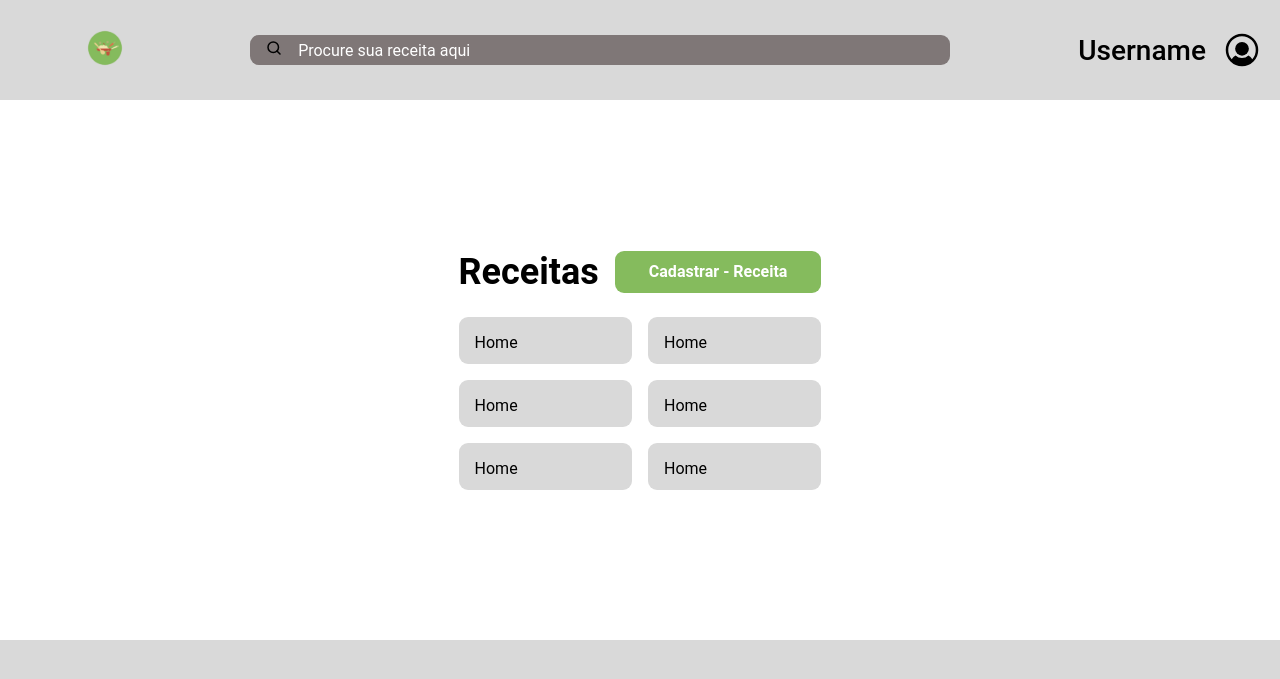
Repository: GabrielEduardoBrambilla/receitas-online
Page: /
The author's editor kept a copy of each file at every save. The page is drawn from the files as they stood at one save, then again after the next save.
The browser window is 1280 px wide. The pictures show the whole page.
The project was rebuilt for these pictures with package versions that can differ from the ones it lists, and the page was loaded fresh each time. Also part of the build but not shown: vite.config.js.

Above is the page before, as saved 2024-04-15 19:37:22.

After the next save:
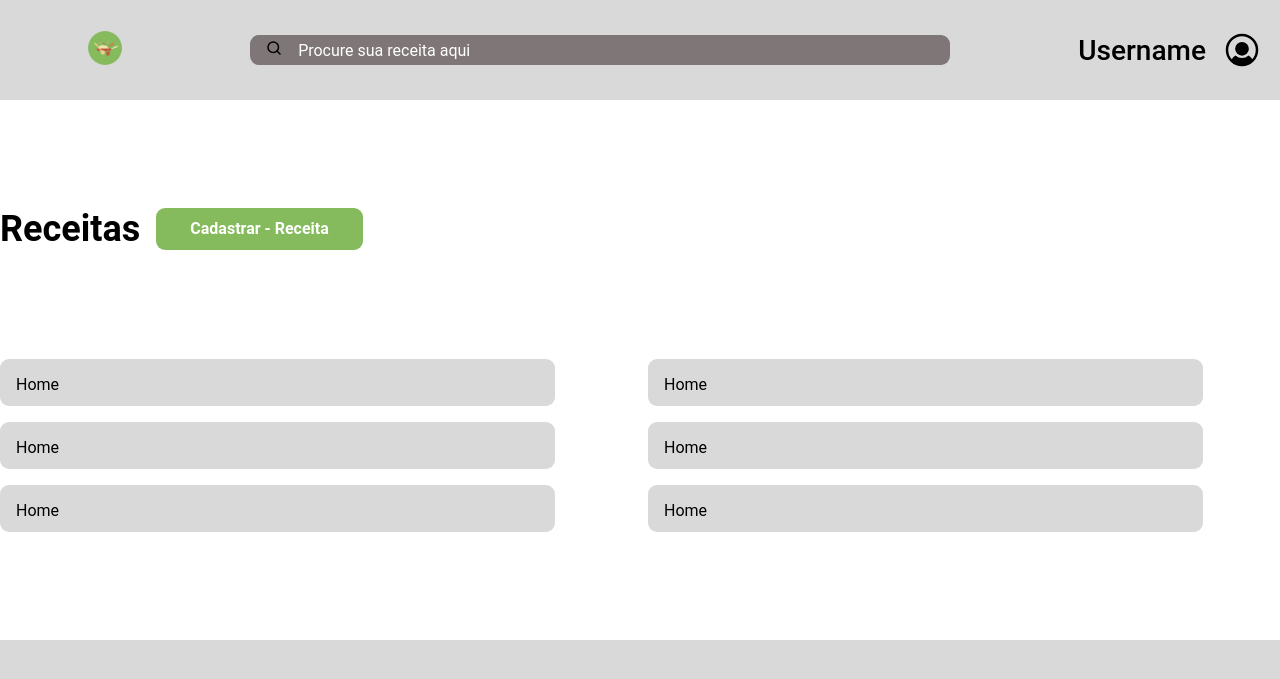
Saved 2 min 23 s later.
--- a/src/pages/Home/index.jsx
+++ b/src/pages/Home/index.jsx
@@ -8,10 +8,9 @@
 export function Home() {
   return <Container>
     <Navbar />
-    <main>
+    <Dialog.Root>
       <TitleWrapper>
         <h2>Receitas</h2>
-        <Dialog.Root>
           <Dialog.Trigger asChild>
             <button>Cadastrar - Receita</button>
           </Dialog.Trigger>
@@ -23,7 +22,6 @@
               <Dialog.Close />
             </Dialog.Content>
           </Dialog.Portal>
-        </Dialog.Root>
       </TitleWrapper>
 
       <CardWrapper>
@@ -34,7 +32,7 @@
         <RecipeCard />
         <RecipeCard />
       </CardWrapper>
-    </main>
+    </Dialog.Root>
 
     <footer></footer>
   </Container>

After the 2 saves that followed:
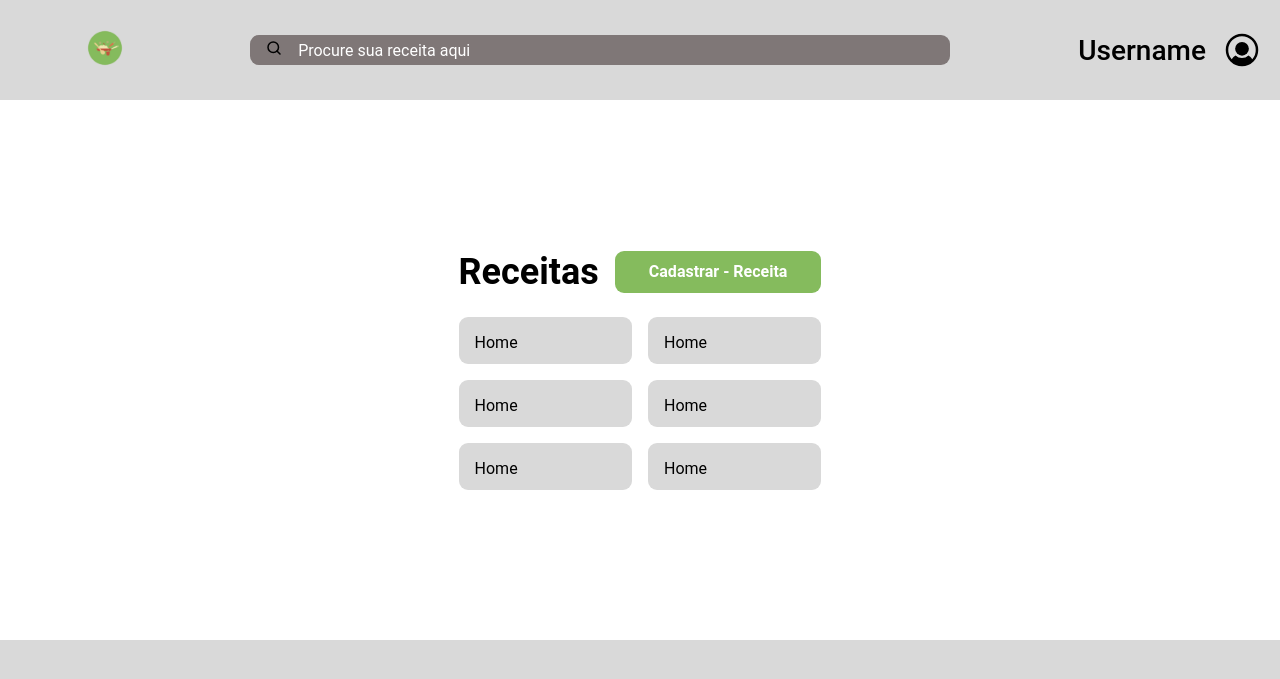
The 2 saves are shown as one change because they came seconds apart.
The last was saved 12 s later.
--- a/src/pages/Home/index.jsx
+++ b/src/pages/Home/index.jsx
@@ -8,9 +8,10 @@
 export function Home() {
   return <Container>
     <Navbar />
-    <Dialog.Root>
+    <main>
       <TitleWrapper>
         <h2>Receitas</h2>
+        <Dialog.Root>
           <Dialog.Trigger asChild>
             <button>Cadastrar - Receita</button>
           </Dialog.Trigger>
@@ -22,6 +23,7 @@
               <Dialog.Close />
             </Dialog.Content>
           </Dialog.Portal>
+        </Dialog.Root>
       </TitleWrapper>
 
       <CardWrapper>
@@ -32,7 +34,7 @@
         <RecipeCard />
         <RecipeCard />
       </CardWrapper>
-    </Dialog.Root>
+    </main>
 
     <footer></footer>
   </Container>
